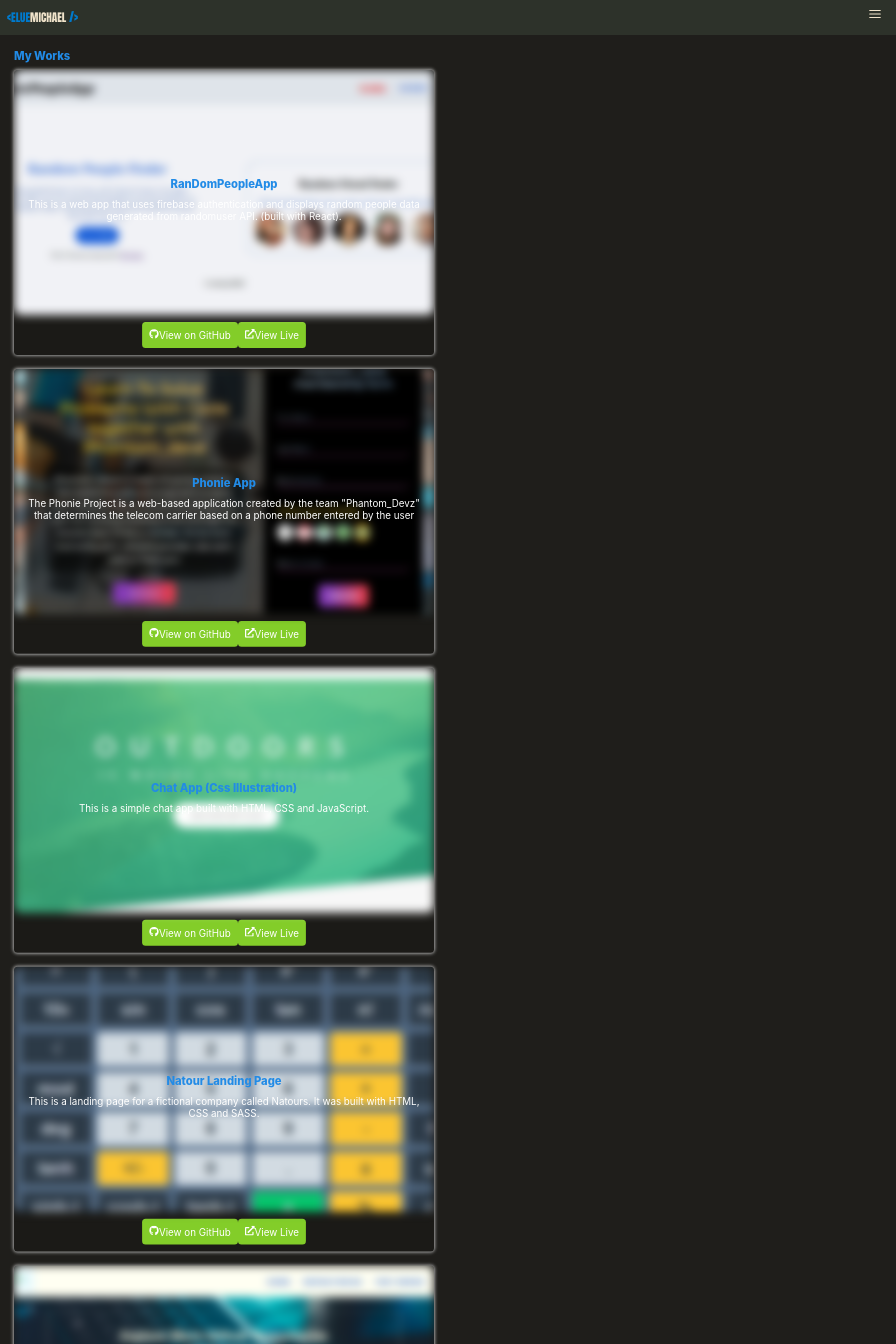
Repository: MikkyPrestige/portfolio
Page: /projects
An editor plug-in stored every save of this project. The page is shown before and after the next save, followed by the edit.
The browser window is 1280 px wide. The pictures show the part of the page from y = 0 to 1920 px (the page is 5651 px tall), at 70% of full size.
The project was rebuilt for these pictures with package versions that can differ from the ones it lists, and the page was loaded fresh each time. Also part of the build but not shown: src/components/avatar.jsx, src/components/home.jsx, src/components/about.jsx, src/components/fallback.jsx.

Above is the page before, as saved 2023-02-21 17:55:01.

After the next save:
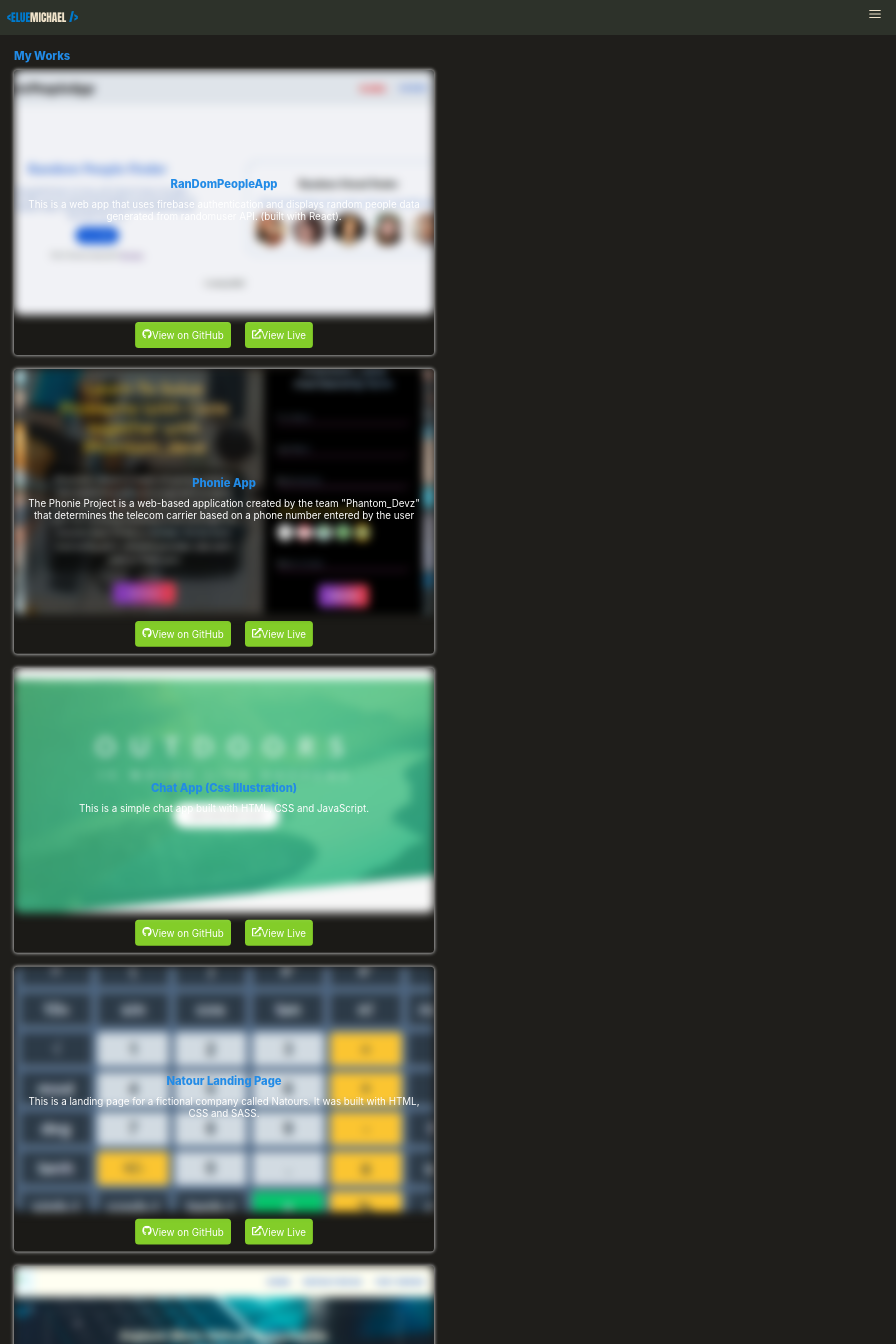
Saved 13 s later.
--- a/src/assets/styles/sass/pages/_projects.scss
+++ b/src/assets/styles/sass/pages/_projects.scss
@@ -139,9 +139,8 @@
 
     &__links {
       display: flex;
-      justify-content: space-around;
       align-items: center;
-      // gap: 3rem;
+      gap: 2rem;
 
       &__link {
         text-decoration: none;
